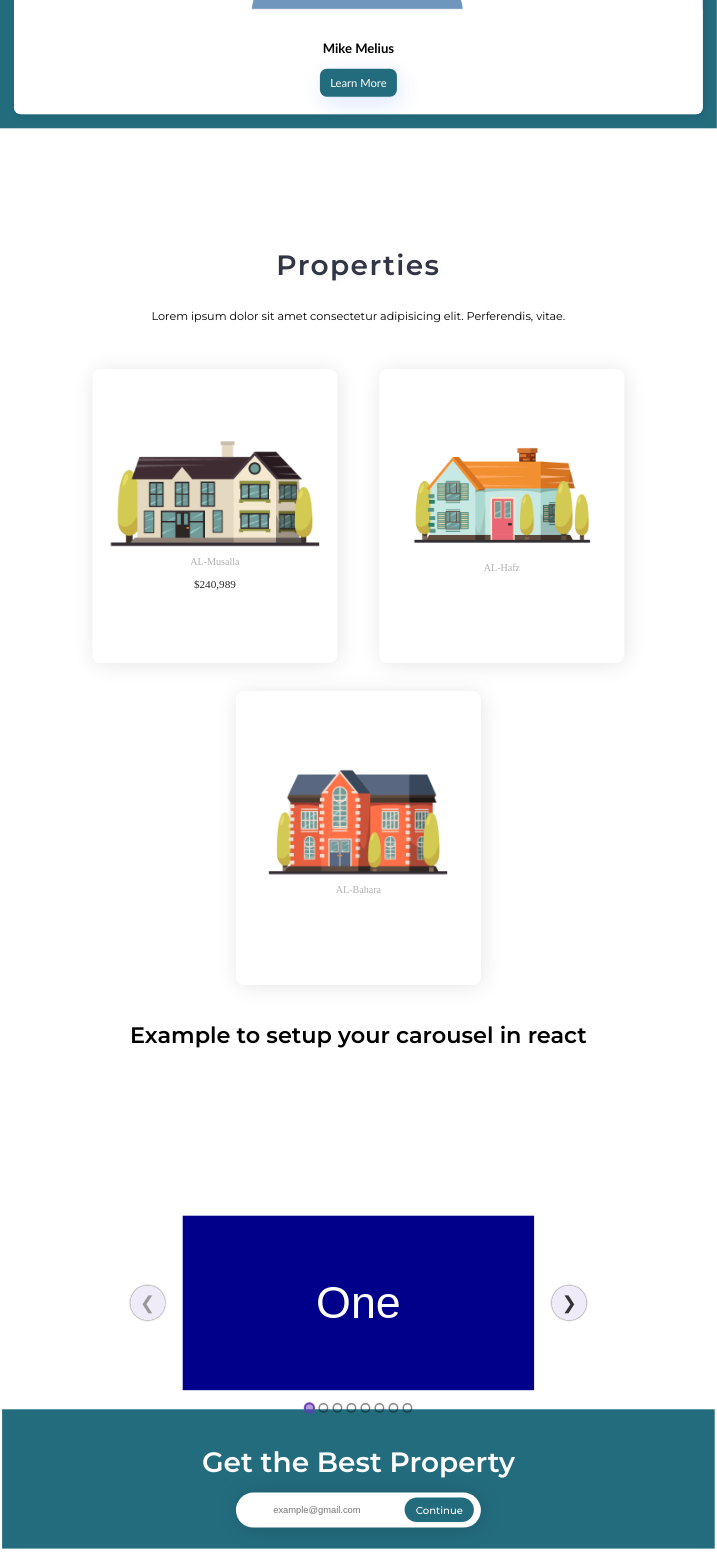
Repository: gabe126679/Mikes-site
Page: /
The author's editor kept a copy of each file at every save. The page is drawn from the files as they stood at one save, then again after the next save.
The browser window is 1024 px wide. The pictures show the part of the page from y = 2355 to 4595 px (the page is 4595 px tall before and 4576 px after), at 70% of full size.
Some web libraries are served in a nearby version. The project was rebuilt for these pictures with package versions that can differ from the ones it lists, and the page was loaded fresh each time.

Above is the page before, as saved 2022-04-19 11:22:19.

After the next save:
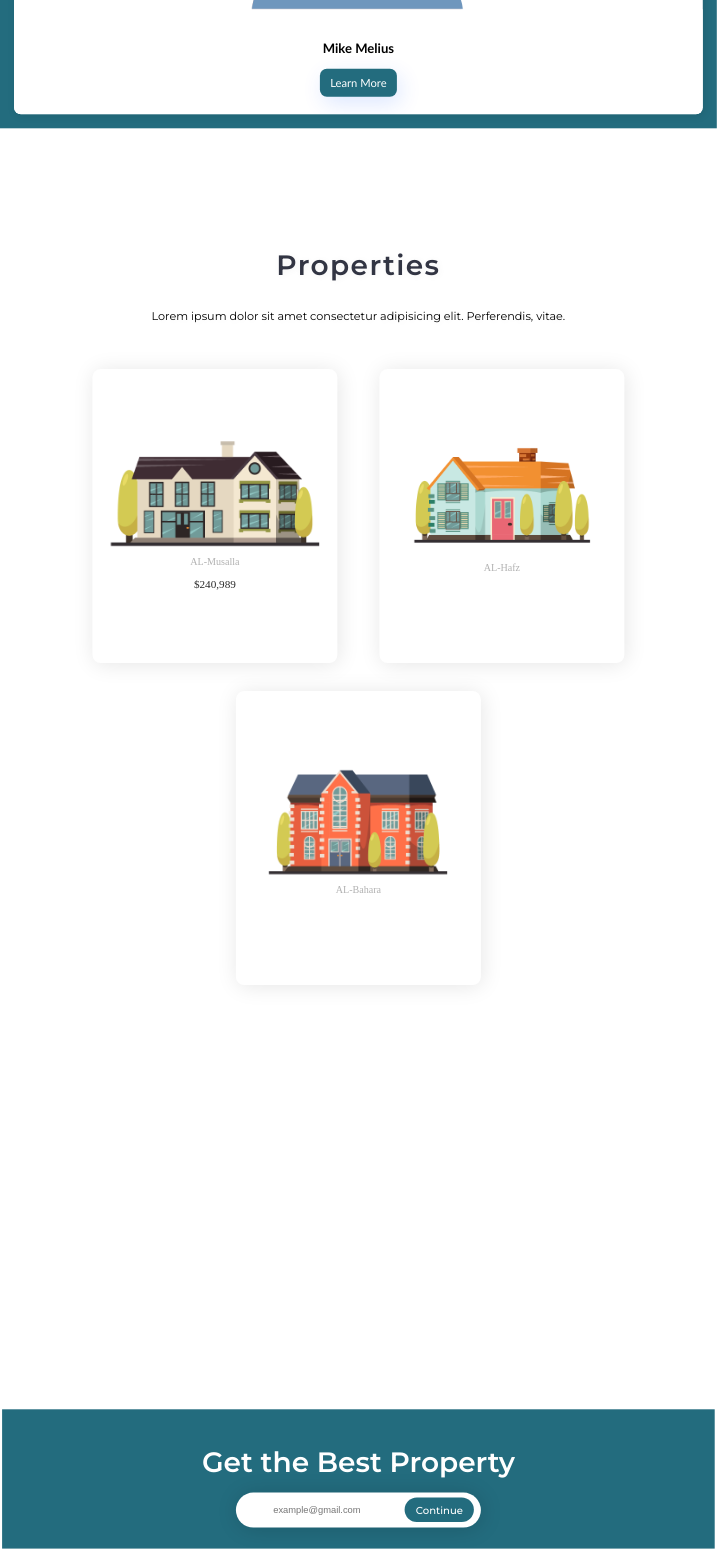
Saved 31 s later.
--- a/src/index.css
+++ b/src/index.css
@@ -497,6 +497,9 @@
 	.a-b-img img{
 		object-fit:contain;
 	}
+  .carousel-item {
+    display: none;
+  }
 
 }
 

After the save that followed:
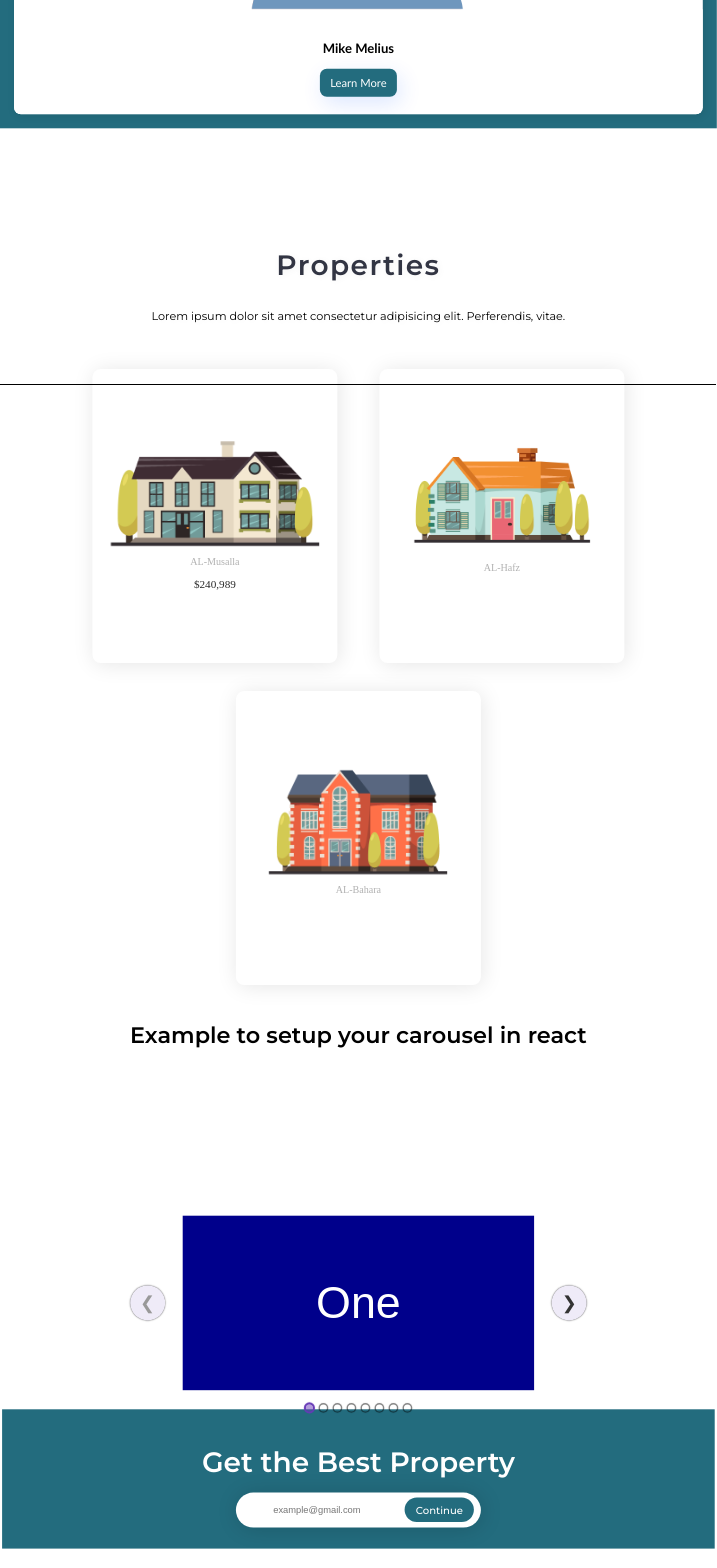
Saved 39 s later.
--- a/src/index.css
+++ b/src/index.css
@@ -497,9 +497,7 @@
 	.a-b-img img{
 		object-fit:contain;
 	}
-  .carousel-item {
-    display: none;
-  }
+
 
 }
 
